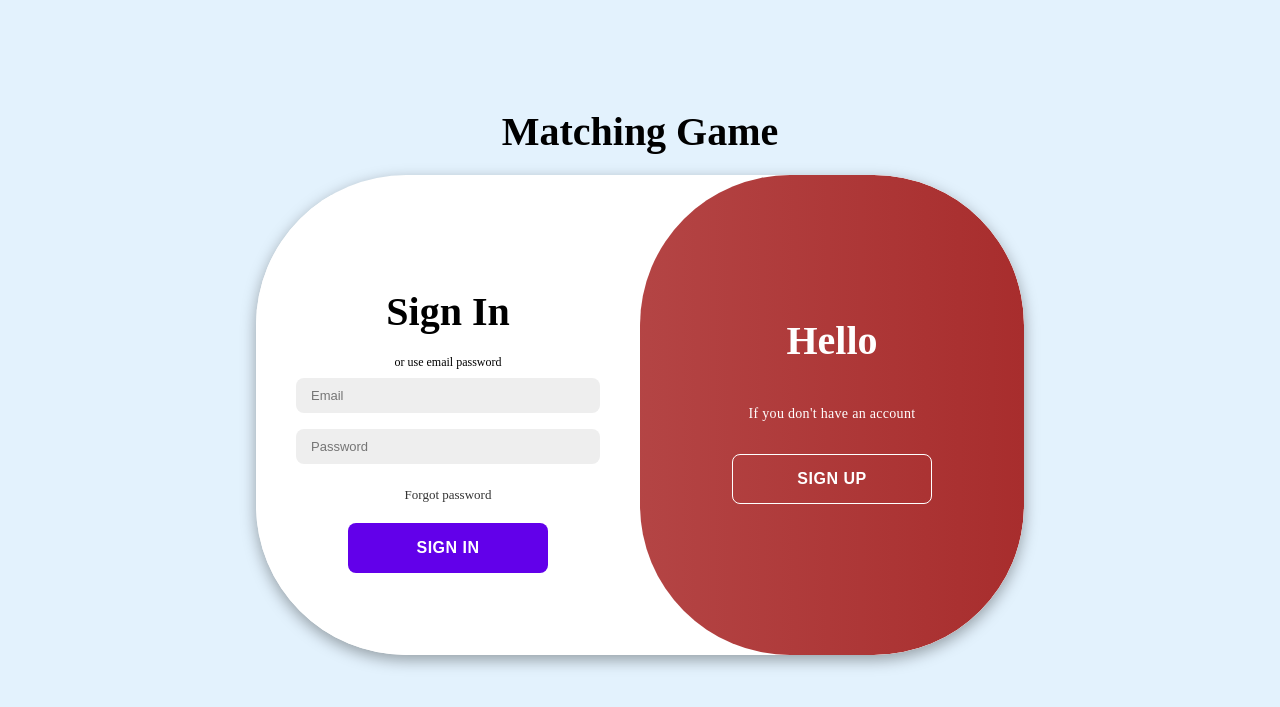
Repository: parnelltse/frontend2-courseproject
Page: /
The author's editor kept a copy of each file at every save. The page is drawn from the files as they stood at one save, then again after the next save.
The browser window is 1280 px wide. The pictures show the whole page.
The project was rebuilt for these pictures with package versions that can differ from the ones it lists, and the page was loaded fresh each time. Also part of the build but not shown: vite.config.js, src/components/AccountForm.jsx, src/components/BackButton.jsx, src/pages/create.jsx, src/pages/login.jsx, src/pages/home.jsx, src/pages/gameoptions.jsx, src/pages/appsettings.jsx and 7 more.

Above is the page before, as saved 2024-11-02 23:15:13.

After the next save:
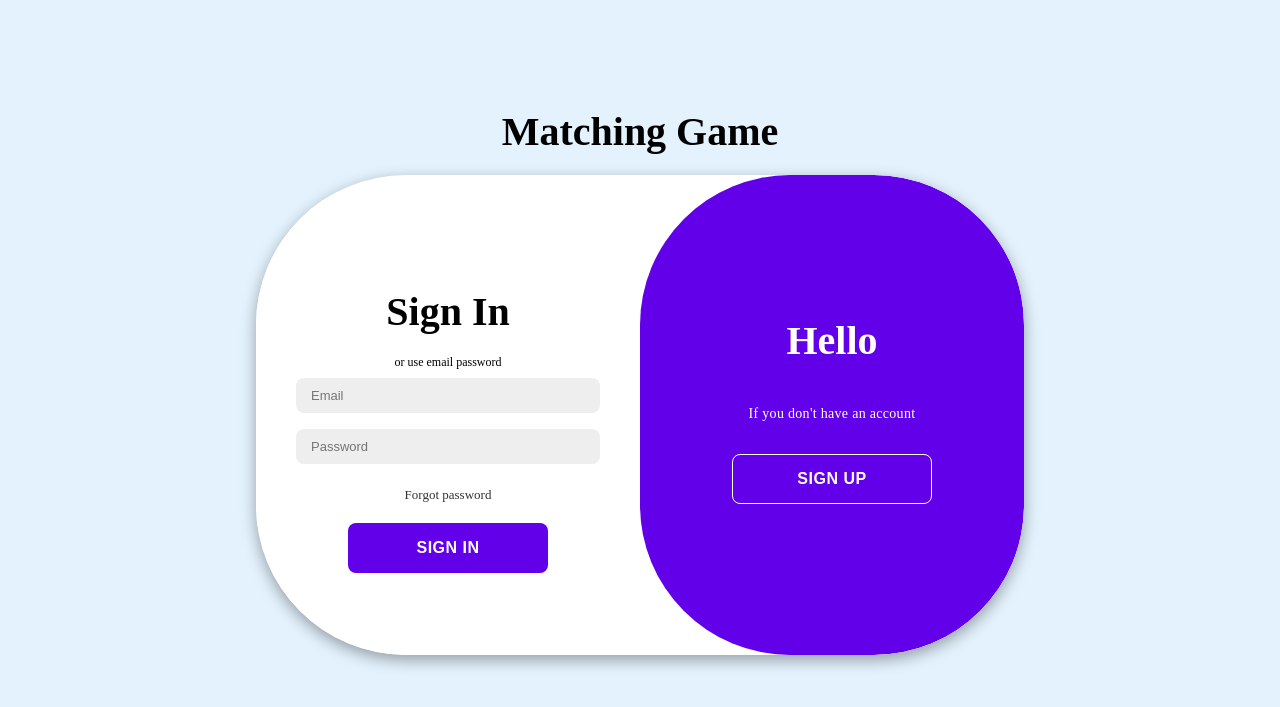
Saved 39 s later.
--- a/src/index.css
+++ b/src/index.css
@@ -201,7 +201,7 @@
   .toogle {
     background-color: #6200ea;
     height: 100%;
-    background: linear-gradient(to right, #c05c5c, #a82d2d);
+    background: #6200ea;
     color: #fff;
     position: relative;
     left: -100%;
